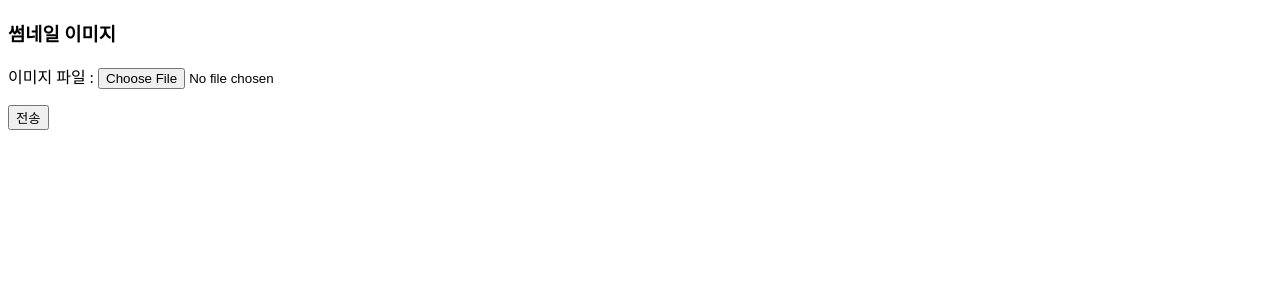
Repository: fatesky25/JSPprogram
Page: http://localhost/ServletProject/thumbnail/thumbnailForm.jsp
The author's editor kept a copy of each file at every save. The page is drawn from the files as they stood at one save, then again after the next save.
The browser window is 1280 px wide. The pictures show the whole page.
The page is served by Tomcat 9. Nobody is signed in. The application's start-up code is not run. Other server files are loaded and not shown.

Above is the page before, as saved 2023-02-15 00:49:51.

### ServletProject/src/main/webapp/thumbnail/thumbnailForm.jsp
<%@ page language="java" contentType="text/html; charset=UTF-8"
    pageEncoding="UTF-8"%>
<!DOCTYPE html>
<html>
<head>
<meta charset="UTF-8">
<title>썸네일 이미지</title>
</head>
<body>
<h3>썸네일 이미지</h3>
<form action="thumbnail.jsp" method="post" enctype="multipart/form-data">
이미지 파일 : <input type="file" name="filename"><p>
<input type="submit" value="전송">



</form>
</body>
</html>

After the next save:
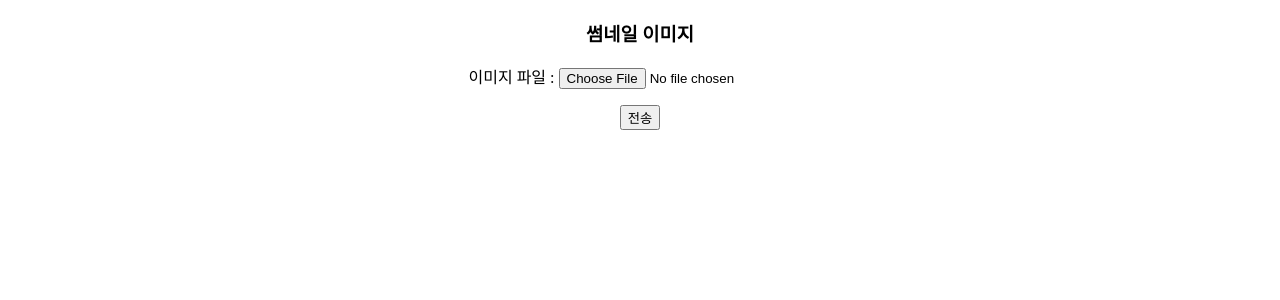
Saved 30 s later.
--- a/ServletProject/src/main/webapp/thumbnail/thumbnailForm.jsp
+++ b/ServletProject/src/main/webapp/thumbnail/thumbnailForm.jsp
@@ -7,6 +7,7 @@
 <title>썸네일 이미지</title>
 </head>
 <body>
+<div align="center">
 <h3>썸네일 이미지</h3>
 <form action="thumbnail.jsp" method="post" enctype="multipart/form-data">
 이미지 파일 : <input type="file" name="filename"><p>
@@ -15,5 +16,6 @@
 
 
 </form>
+</div>
 </body>
 </html>
